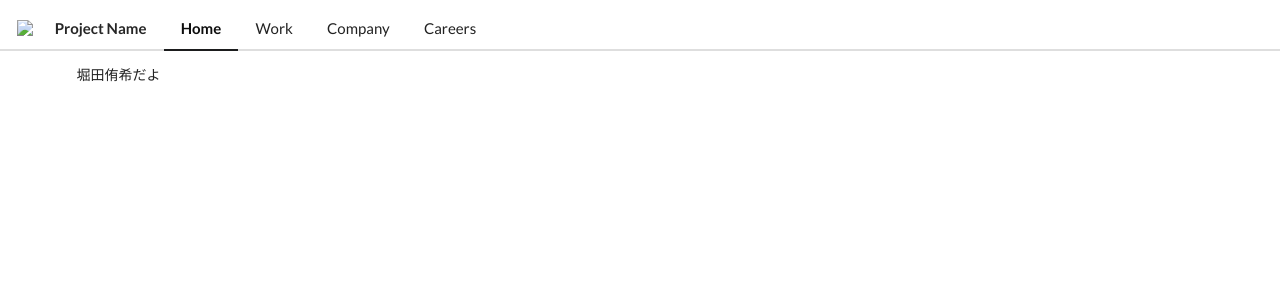
Repository: houki-sam/eclipse
Page: http://localhost/chocobanana/
The author's editor kept a copy of each file at every save. The page is drawn from the files as they stood at one save, then again after the next save.
The browser window is 1280 px wide. The pictures show the whole page.
Some web libraries are served in a nearby version. The page is served by Tomcat 9. Nobody is signed in. The application's start-up code is not run. Other server files are loaded and not shown.

Above is the page before, as saved 2020-07-10 13:08:34.
Not found: chocobanana/chocobanana/assets/images/logo.png

### chocobanana/WebContent/index.jsp
<%@ page language="java" contentType="text/html; charset=UTF-8"
    pageEncoding="UTF-8"%>
<!DOCTYPE html>
<html>
<head>
<link rel="stylesheet" type="text/css" href="semantic/semantic.min.css">
<script
  src="https://code.jquery.com/jquery-3.1.1.min.js" integrity="sha256-hVVnYaiADRTO2PzUGmuLJr8BLUSjGIZsDYGmIJLv2b8=" crossorigin="anonymous"></script>
<script src="semantic/semantic.min.js"></script>
<meta charset="UTF-8">
<title>Insert title here</title>
</head>
<body>
<div class="ui stackable large secondary pointing menu">
	<a href="#" class="header item">
        <img class="logo" src="assets/images/logo.png">
        Project Name
    </a>
	<a class="active item">Home</a>
	<a class="item">Work</a>
	<a class="item">Company</a>
	<a class="item">Careers</a>
	<div class="right item">
		<a class="ui inverted button">Log in</a>
		<a class="ui inverted button">Sign Up</a>
	</div>
</div>
<div class="ui container">
堀田侑希だよ
</div>

</body>
</html>

Loaded but not shown: chocobanana/WebContent/semantic/semantic.min.css (library); chocobanana/WebContent/semantic/semantic.min.js (library)

After the next save:
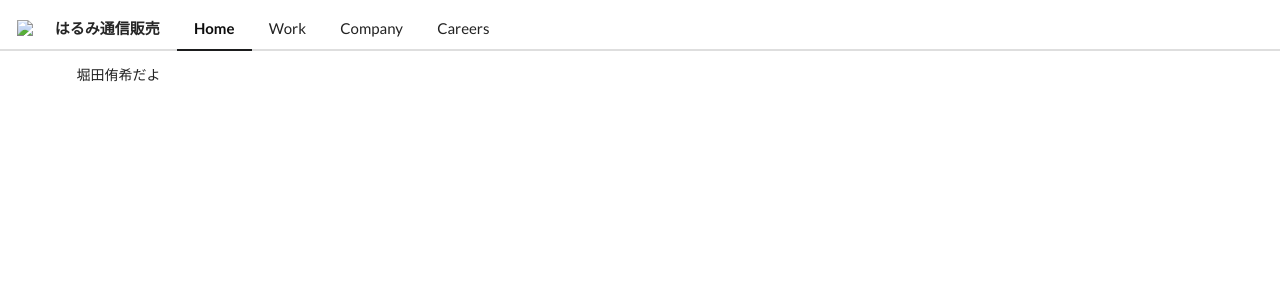
Saved 114 s later.
--- a/chocobanana/WebContent/index.jsp
+++ b/chocobanana/WebContent/index.jsp
@@ -14,7 +14,7 @@
 <div class="ui stackable large secondary pointing menu">
 	<a href="#" class="header item">
         <img class="logo" src="assets/images/logo.png">
-        Project Name
+        はるみ通信販売
     </a>
 	<a class="active item">Home</a>
 	<a class="item">Work</a>
